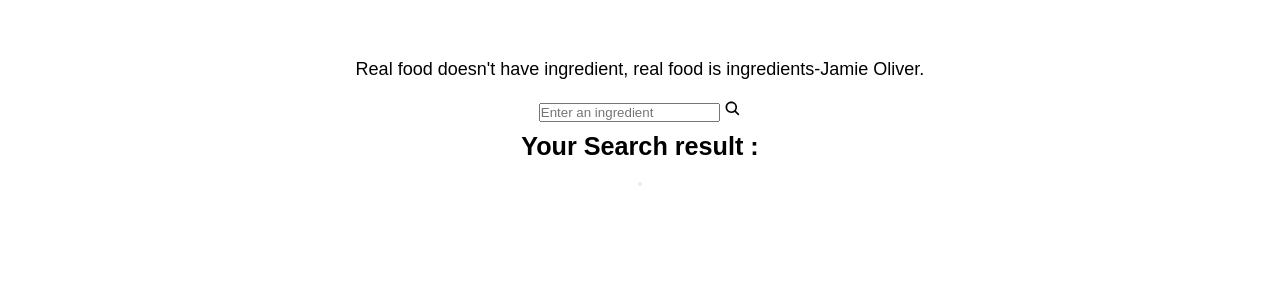
Repository: andrewhuynh561/javascipt
Page: Day 1/index.html
An editor plug-in stored every save of this project. The page is shown before and after the next save, followed by the edit.
The browser window is 1280 px wide. The pictures show the whole page.

Above is the page before, as saved 2023-05-17 21:46:59.

After the next save:
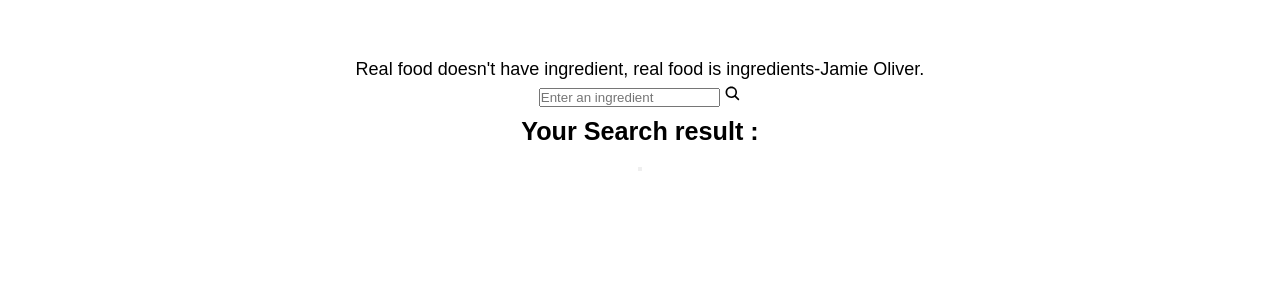
Saved 8 s later.
--- a/Day 1/style.css
+++ b/Day 1/style.css
@@ -22,7 +22,7 @@ body {
 
 }
 p{
-    padding-bottom: 15px;
+    padding-bottom: 12pxpx;
     font-size: 18px;
 }
 .text{
